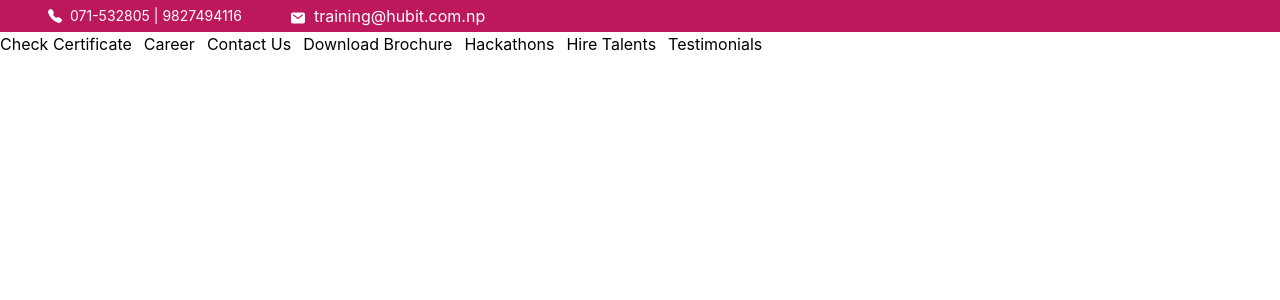
Repository: Sushant203/react-training-
Page: /
These files come from the project's save history. The page is drawn as it stood at one moment and after the next save; the edit follows.
The browser window is 1280 px wide. The pictures show the whole page.
The project was rebuilt for these pictures with package versions that can differ from the ones it lists, and the page was loaded fresh each time. Also part of the build but not shown: src/App.css.

Above is the page before, as saved 2022-12-15 01:03:44.

After the next save:
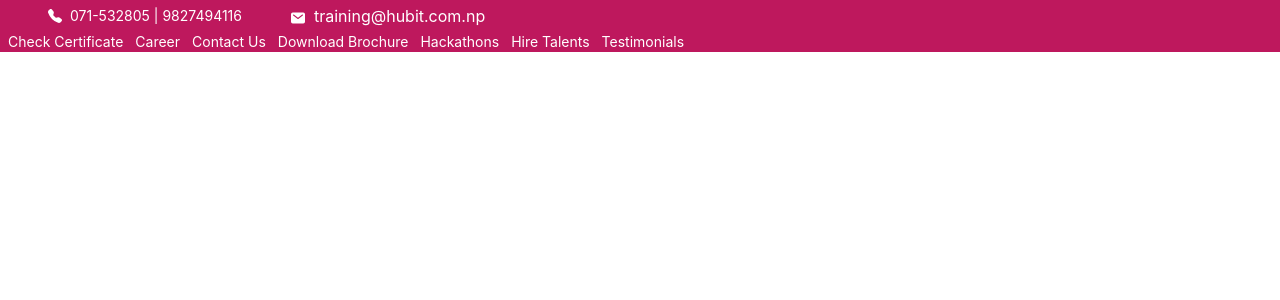
Saved 48 s later.
--- a/src/components/UpperNav.jsx
+++ b/src/components/UpperNav.jsx
@@ -15,18 +15,18 @@ const UpperNav = () => {
             <p>training@hubit.com.np</p>
           </div>
         </div>
-      </div>
 
-      {/* right section */}
-      <div>
-        <div className="flex gap-3">
-          <div>Check Certificate</div>
-          <div>Career</div>
-          <div>Contact Us</div>
-          <div>Download Brochure</div>
-          <div>Hackathons</div>
-          <div>Hire Talents</div>
-          <div>Testimonials</div>
+        {/* right section */}
+        <div>
+          <div className="flex gap-3">
+            <div>Check Certificate</div>
+            <div>Career</div>
+            <div>Contact Us</div>
+            <div>Download Brochure</div>
+            <div>Hackathons</div>
+            <div>Hire Talents</div>
+            <div>Testimonials</div>
+          </div>
         </div>
       </div>
     </div>
